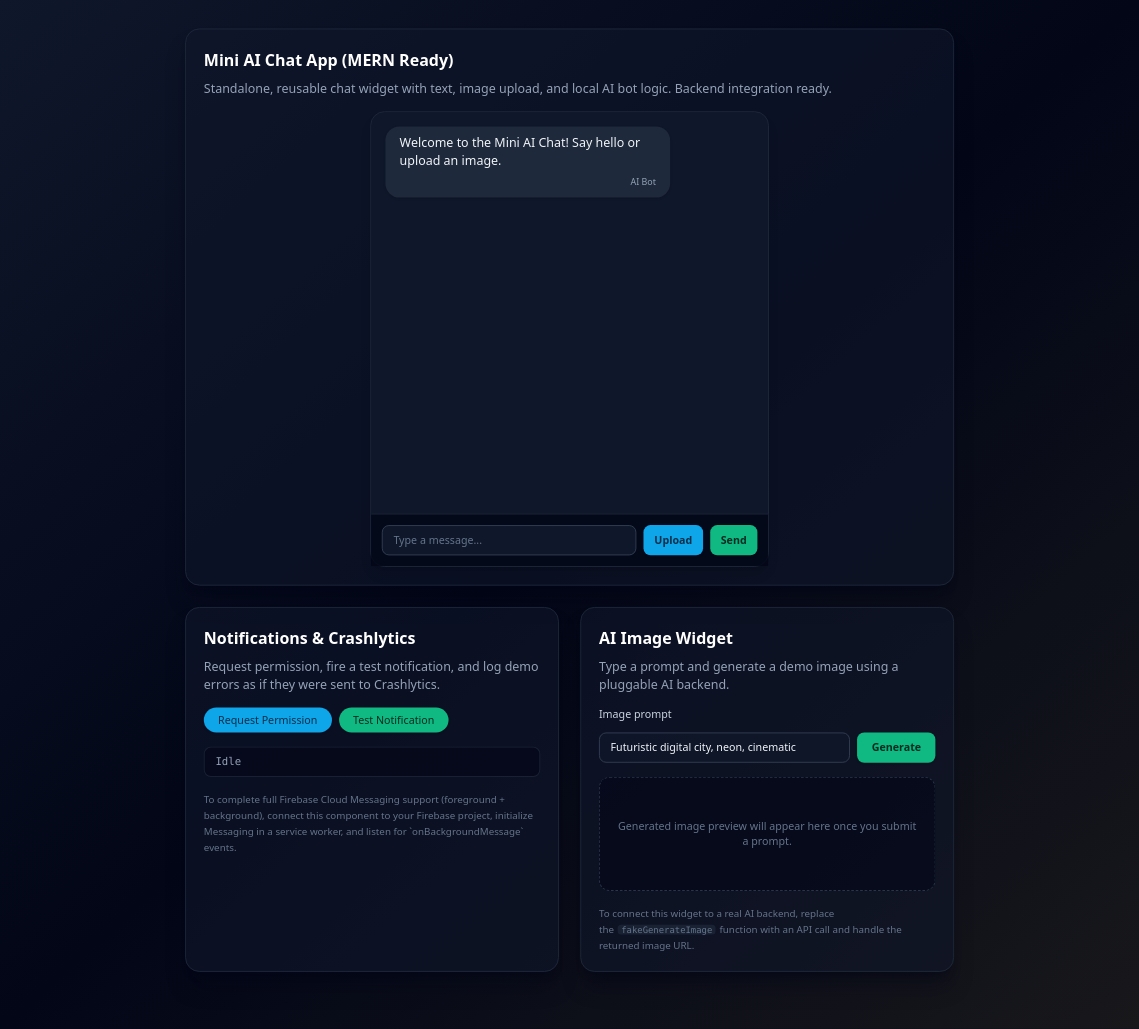
Repository: Akshad03/widget-dashboard
Page: /
These files come from the project's save history. The page is drawn as it stood at one moment and after the next save; the edit follows.
The browser window is 1280 px wide. The pictures show the whole page, at 89% of full size.
The project was rebuilt for these pictures with package versions that can differ from the ones it lists, and the page was loaded fresh each time.

Above is the page before, as saved 2025-12-07 20:08:54.

### src/index.css
@tailwind base;
@tailwind components;
@tailwind utilities;

body {
  @apply bg-slate-950 text-slate-50 antialiased;
}

### src/App.js
import React from 'react';
import './App.css';
import NotificationDemo from './components/NotificationDemo';
import AiImageWidget from './components/AiImageWidget';
import ChatWidget from './components/ChatWidget';

function App() {
  return (
    <div className="min-h-screen flex items-center justify-center bg-gradient-to-br from-slate-900 via-slate-950 to-zinc-900">
      <div className="max-w-4xl w-full px-4 py-8">

        {/* Components will be wired here */}
        <div className="grid md:grid-cols-2 gap-6 mb-8">
                  <div className="bg-slate-900/60 border border-slate-800 rounded-2xl p-5 shadow-xl shadow-slate-950/40 col-span-2">
                    <h2 className="text-lg font-semibold text-white mb-2">Mini AI Chat App (MERN Ready)</h2>
                    <p className="text-sm text-slate-400 mb-4">
                      Standalone, reusable chat widget with text, image upload, and local AI bot logic. Backend integration ready.
                    </p>
                    <ChatWidget />
                  </div>
          <div className="bg-slate-900/60 border border-slate-800 rounded-2xl p-5 shadow-xl shadow-slate-950/40">
            <h2 className="text-lg font-semibold text-white mb-2">Notifications & Crashlytics</h2>
            <p className="text-sm text-slate-400 mb-4">
              Request permission, fire a test notification, and log demo errors
              as if they were sent to Crashlytics.
            </p>
            <NotificationDemo />
          </div>

          <div className="bg-slate-900/60 border border-slate-800 rounded-2xl p-5 shadow-xl shadow-slate-950/40">
            <h2 className="text-lg font-semibold text-white mb-2">AI Image Widget</h2>
            <p className="text-sm text-slate-400 mb-4">
              Type a prompt and generate a demo image using a pluggable
              AI backend.
            </p>
            <AiImageWidget />
          </div>
        </div>
      </div>
    </div>
  );
}

export default App;

### src/serviceWorkerRegistration.js
// This optional code is used to register a service worker.
// register() is not called by default.

// This lets the app load faster on subsequent visits in production, and gives
// it offline capabilities. However, it also means that developers (and users)
// will only see deployed updates on subsequent visits to a page, after all the
// existing tabs open on the page have been closed, since previously cached
// resources are updated in the background.

// To learn more about the benefits of this model and instructions on how to
// opt-in, read https://cra.link/PWA

const isLocalhost = Boolean(
  window.location.hostname === 'localhost' ||
    // [::1] is the IPv6 localhost address.
    window.location.hostname === '[::1]' ||
    // 127.0.0.0/8 are considered localhost for IPv4.
    window.location.hostname.match(/^127(?:\.(?:25[0-5]|2[0-4][0-9]|[01]?[0-9][0-9]?)){3}$/)
);

export function register(config) {
  if (process.env.NODE_ENV === 'production' && 'serviceWorker' in navigator) {
    // The URL constructor is available in all browsers that support SW.
    const publicUrl = new URL(process.env.PUBLIC_URL, window.location.href);
    if (publicUrl.origin !== window.location.origin) {
      // Our service worker won't work if PUBLIC_URL is on a different origin
      // from what our page is served on. This might happen if a CDN is used to
      // serve assets; see https://github.com/facebook/create-react-app/issues/2374
      return;
    }

    window.addEventListener('load', () => {
      const swUrl = `${process.env.PUBLIC_URL}/service-worker.js`;

      if (isLocalhost) {
        // This is running on localhost. Let's check if a service worker still exists or not.
        checkValidServiceWorker(swUrl, config);

        // Add some additional logging to localhost, pointing developers to the
        // service worker/PWA documentation.
        navigator.serviceWorker.ready.then(() => {
          console.log(
            'This web app is being served cache-first by a service ' +
              'worker. To learn more, visit https://cra.link/PWA'
          );
        });
      } else {
        // Is not localhost. Just register service worker
        registerValidSW(swUrl, config);
      }
    });
  }
}

function registerValidSW(swUrl, config) {
  navigator.serviceWorker
    .register(swUrl)
    .then((registration) => {
      registration.onupdatefound = () => {
        const installingWorker = registration.installing;
        if (installingWorker == null) {
          return;
        }
        installingWorker.onstatechange = () => {
          if (installingWorker.state === 'installed') {
            if (navigator.serviceWorker.controller) {
              // At this point, the updated precached content has been fetched,
              // but the previous service worker will still serve the older
              // content until all client tabs are closed.
              console.log(
                'New content is available and will be used when all ' +
                  'tabs for this page are closed. See https://cra.link/PWA.'
              );

              // Execute callback
              if (config && config.onUpdate) {
                config.onUpdate(registration);
              }
            } else {
              // At this point, everything has been precached.
              // It's the perfect time to display a
              // "Content is cached for offline use." message.
              console.log('Content is cached for offline use.');

              // Execute callback
              if (config && config.onSuccess) {
                config.onSuccess(registration);
              }
            }
          }
        };
      };
    })
    .catch((error) => {
      console.error('Error during service worker registration:', error);
    });
}

function checkValidServiceWorker(swUrl, config) {
  // Check if the service worker can be found. If it can't reload the page.
  fetch(swUrl, {
    headers: { 'Service-Worker': 'script' },
  })
    .then((response) => {
      // Ensure service worker exists, and that we really are getting a JS file.
      const contentType = response.headers.get('content-type');
      if (
        response.status === 404 ||
        (contentType != null && contentType.indexOf('javascript') === -1)
      ) {
        // No service worker found. Probably a different app. Reload the page.
        navigator.serviceWorker.ready.then((registration) => {
          registration.unregister().then(() => {
            window.location.reload();
          });
        });
      } else {
        // Service worker found. Proceed as normal.
        registerValidSW(swUrl, config);
      }
    })
    .catch(() => {
      console.log('No internet connection found. App is running in offline mode.');
    });
}

export function unregister() {
  if ('serviceWorker' in navigator) {
    navigator.serviceWorker.ready
      .then((registration) => {
        registration.unregister();
      })
      .catch((error) => {
        console.error(error.message);
      });
  }
}

### src/components/NotificationDemo.js
import React, { useCallback, useEffect, useState } from 'react';
import { logCrashlyticsError } from '../firebaseConfig';

// This demo focuses on the React + UI flow. To turn this into a
// fully working FCM integration, wire it to the Firebase SDK and
// your service worker once you have real credentials.

function hasNotificationSupport() {
  return typeof window !== 'undefined' && 'Notification' in window;
}

const NotificationDemo = () => {
  const [permission, setPermission] = useState(() => {
    if (!hasNotificationSupport()) return 'unsupported';
    return Notification.permission;
  });
  const [status, setStatus] = useState('Idle');

  const requestPermission = useCallback(async () => {
    if (!hasNotificationSupport()) {
      setStatus('Notifications are not supported in this browser.');
      return;
    }

    try {
      setStatus('Requesting notification permission...');
      const result = await Notification.requestPermission();
      setPermission(result);
      setStatus(`Permission status: ${result}`);
    } catch (error) {
      setStatus('Failed to request permission.');
      logCrashlyticsError(error, 'requestPermission');
    }
  }, []);

  const sendTestNotification = useCallback(() => {
    if (!hasNotificationSupport()) {
      setStatus('Notifications are not supported in this browser.');
      return;
    }

    if (permission !== 'granted') {
      setStatus('Permission not granted yet. Please allow notifications first.');
      return;
    }

    try {
      setStatus('Sending test notification...');
      // Foreground demo notification. Background delivery will be handled
      // by a service worker once FCM is fully wired.
      new Notification('DigitalBuzz Test Notification', {
        body: 'This is a demo notification from the React component.',
        icon: '/logo192.png',
      });
      setStatus('Test notification sent. Check your system notification area.');
    } catch (error) {
      setStatus('Failed to send notification.');
      logCrashlyticsError(error, 'sendTestNotification');
    }
  }, [permission]);

  useEffect(() => {
    // Example crash capture for unexpected runtime errors.
    const handleError = (event) => {
      logCrashlyticsError(event.error || event.message, 'window.onerror');
    };

    window.addEventListener('error', handleError);
    return () => window.removeEventListener('error', handleError);
  }, []);

  return (
    <div className="space-y-4">
      <div className="flex flex-wrap gap-2">
        <button
          type="button"
          onClick={requestPermission}
          className="inline-flex items-center rounded-full bg-sky-500 px-4 py-1.5 text-xs font-medium text-sky-950 shadow hover:bg-sky-400 focus-visible:outline-none focus-visible:ring-2 focus-visible:ring-sky-400 focus-visible:ring-offset-2 focus-visible:ring-offset-slate-900 transition-colors"
        >
          Request Permission
        </button>
        <button
          type="button"
          onClick={sendTestNotification}
          className="inline-flex items-center rounded-full bg-emerald-500 px-4 py-1.5 text-xs font-medium text-emerald-950 shadow hover:bg-emerald-400 focus-visible:outline-none focus-visible:ring-2 focus-visible:ring-emerald-400 focus-visible:ring-offset-2 focus-visible:ring-offset-slate-900 transition-colors"
        >
          Test Notification
        </button>
      </div>
      <p className="text-xs font-mono text-slate-400 border border-slate-800/80 rounded-lg px-3 py-2 bg-slate-950/60">
        {status}
      </p>
      <p className="text-[11px] leading-relaxed text-slate-500">
        To complete full Firebase Cloud Messaging support (foreground + background),
        connect this component to your Firebase project, initialize Messaging in
        a service worker, and listen for `onBackgroundMessage` events.
      </p>
    </div>
  );
};

export default NotificationDemo;

### src/components/AiImageWidget.js
import React, { useState } from 'react';

// This widget is API-agnostic so you can plug in any AI image
// provider (OpenAI, Stability, etc.). Replace `fakeGenerateImage` with
// a real API call when you are ready.

async function fakeGenerateImage(prompt) {
  // Simulate latency for demo purposes.
  await new Promise((resolve) => setTimeout(resolve, 1200));

  // Placeholder gradient image using a public pattern from https://picsum.photos
  // Replace this URL with one coming from your real AI backend.
  const encoded = encodeURIComponent(prompt || 'abstract digital art');
  return `https://picsum.photos/seed/${encoded}/512/320`;
}

const AiImageWidget = () => {
  const [prompt, setPrompt] = useState('Futuristic digital city, neon, cinematic');
  const [imageUrl, setImageUrl] = useState(null);
  const [isLoading, setIsLoading] = useState(false);
  const [error, setError] = useState(null);

  const handleGenerate = async (event) => {
    event.preventDefault();
    setError(null);

    if (!prompt.trim()) {
      setError('Please enter a prompt first.');
      return;
    }

    try {
      setIsLoading(true);
      const url = await fakeGenerateImage(prompt.trim());
      setImageUrl(url);
    } catch (err) {
      setError('Failed to generate image. Try again.');
    } finally {
      setIsLoading(false);
    }
  };

  return (
    <div className="space-y-4">
      <form onSubmit={handleGenerate} className="space-y-3">
        <label className="block text-xs font-medium text-slate-300" htmlFor="prompt">
          Image prompt
        </label>
        <div className="flex flex-col sm:flex-row gap-2">
          <input
            id="prompt"
            type="text"
            className="flex-1 rounded-lg border border-slate-700 bg-slate-900/80 px-3 py-2 text-xs text-slate-100 placeholder:text-slate-500 focus:outline-none focus:ring-2 focus:ring-emerald-500/70 focus:border-transparent"
            placeholder="Describe what you want to see..."
            value={prompt}
            onChange={(e) => setPrompt(e.target.value)}
          />
          <button
            type="submit"
            disabled={isLoading}
            className="inline-flex items-center justify-center rounded-lg bg-emerald-500 px-4 py-2 text-xs font-semibold text-emerald-950 shadow hover:bg-emerald-400 disabled:opacity-60 disabled:cursor-not-allowed transition-colors"
          >
            {isLoading ? 'Generating...' : 'Generate'}
          </button>
        </div>
      </form>

      {error && (
        <p className="text-xs text-rose-400">{error}</p>
      )}

      <div className="rounded-xl border border-dashed border-slate-700/80 bg-slate-950/60 flex items-center justify-center min-h-[8rem] overflow-hidden">
        {imageUrl ? (
          <img
            src={imageUrl}
            alt={prompt}
            className="w-full h-full object-cover"
          />
        ) : (
          <p className="text-xs text-slate-500 px-4 text-center">
            Generated image preview will appear here once you submit a prompt.
          </p>
        )}
      </div>

      <p className="text-[11px] leading-relaxed text-slate-500">
        To connect this widget to a real AI backend, replace the
        <code className="mx-1 px-1 rounded bg-slate-800/70 text-[10px]">fakeGenerateImage</code>
        function with an API call and handle the returned image URL.
      </p>
    </div>
  );
};

export default AiImageWidget;

### src/components/ChatWidget.js
import React, { useState, useRef, useEffect } from 'react';

// Simple local AI bot logic
function getBotReply(message) {
  const text = message.toLowerCase();
  if (/hello|hi|hey/.test(text)) return 'Hello! How can I help you today?';
  if (/image|photo|pic/.test(text)) return 'You can upload an image using the button below.';
  if (/bye|goodbye/.test(text)) return 'Goodbye! Have a great day!';
  if (/help|support/.test(text)) return 'I am a simple AI bot. Try saying hello or upload an image!';
  return "I'm not sure how to respond to that, but I'm learning!";
}

const ChatWidget = () => {
  const [messages, setMessages] = useState([
    { sender: 'bot', text: 'Welcome to the Mini AI Chat! Say hello or upload an image.' }
  ]);
  const [input, setInput] = useState('');
  const [image, setImage] = useState(null);
  const [isTyping, setIsTyping] = useState(false);
  const fileInputRef = useRef();
  const chatEndRef = useRef();

  useEffect(() => {
    chatEndRef.current?.scrollIntoView({ behavior: 'smooth' });
  }, [messages]);

  const handleSend = (e) => {
    e.preventDefault();
    if (!input.trim() && !image) return;
    const newMsg = { sender: 'user', text: input, image };
    setMessages((msgs) => [...msgs, newMsg]);
    setInput('');
    setImage(null);
    setIsTyping(true);
    setTimeout(() => {
      setMessages((msgs) => [
        ...msgs,
        { sender: 'bot', text: getBotReply(input) }
      ]);
      setIsTyping(false);
    }, 700);
  };

  const handleImageChange = (e) => {
    const file = e.target.files[0];
    if (file) {
      const reader = new FileReader();
      reader.onload = (ev) => setImage(ev.target.result);
      reader.readAsDataURL(file);
    }
  };

  return (
    <div className="w-full max-w-md mx-auto bg-slate-900 border border-slate-800 rounded-2xl shadow-lg flex flex-col h-[32rem]">
      <div className="flex-1 overflow-y-auto p-4 space-y-3">
        {messages.map((msg, idx) => (
          <div key={idx} className={`flex ${msg.sender === 'user' ? 'justify-end' : 'justify-start'}`}>
            <div className={`max-w-xs px-4 py-2 rounded-2xl text-sm shadow ${msg.sender === 'user' ? 'bg-emerald-500 text-emerald-950' : 'bg-slate-800 text-slate-100'}`}>
              {msg.text && <span>{msg.text}</span>}
              {msg.image && (
                <img src={msg.image} alt="upload" className="mt-2 rounded-lg max-h-32 border border-slate-700" />
              )}
              <div className="text-[10px] text-right text-slate-400 mt-1">{msg.sender === 'user' ? 'You' : 'AI Bot'}</div>
            </div>
          </div>
        ))}
        {isTyping && (
          <div className="flex justify-start">
            <div className="px-4 py-2 rounded-2xl bg-slate-800 text-slate-400 text-sm animate-pulse">AI is typing...</div>
          </div>
        )}
        <div ref={chatEndRef} />
      </div>
      <form onSubmit={handleSend} className="p-3 border-t border-slate-800 flex gap-2 bg-slate-950/80">
        <input
          type="text"
          className="flex-1 rounded-lg border border-slate-700 bg-slate-900 px-3 py-2 text-xs text-slate-100 placeholder:text-slate-500 focus:outline-none focus:ring-2 focus:ring-emerald-500/70 focus:border-transparent"
          placeholder="Type a message..."
          value={input}
          onChange={e => setInput(e.target.value)}
        />
        <input
          type="file"
          accept="image/*"
          ref={fileInputRef}
          onChange={handleImageChange}
          className="hidden"
        />
        <button
          type="button"
          onClick={() => fileInputRef.current.click()}
          className="rounded-lg bg-sky-500 px-3 py-2 text-xs font-semibold text-sky-950 shadow hover:bg-sky-400 transition-colors"
        >
          Upload
        </button>
        <button
          type="submit"
          className="rounded-lg bg-emerald-500 px-3 py-2 text-xs font-semibold text-emerald-950 shadow hover:bg-emerald-400 transition-colors"
        >
          Send
        </button>
      </form>
      {image && (
        <div className="p-2 border-t border-slate-800 bg-slate-950/90 flex items-center gap-2">
          <img src={image} alt="preview" className="h-10 w-10 rounded-lg border border-slate-700" />
          <span className="text-xs text-slate-300">Image ready to send</span>
        </div>
      )}
    </div>
  );
};

export default ChatWidget;

### src/firebaseConfig.js
// Firebase configuration placeholder. Replace with your actual Firebase project settings.
// You can get these from the Firebase console under Project Settings > General > Your apps.

export const firebaseConfig = {
  apiKey: "YOUR_API_KEY",
  authDomain: "YOUR_AUTH_DOMAIN",
  projectId: "YOUR_PROJECT_ID",
  storageBucket: "YOUR_STORAGE_BUCKET",
  messagingSenderId: "YOUR_MESSAGING_SENDER_ID",
  appId: "YOUR_APP_ID",
};

// Small helper to show where Crashlytics logging would go.
export function logCrashlyticsError(error, context) {
  // TODO: Replace this with actual Firebase Crashlytics SDK calls when integrating for real.
  // For now, this keeps the demo self-contained without external keys.
  // Example (once Crashlytics is wired): crashlytics().recordError(error);
  // eslint-disable-next-line no-console
  console.error("[Crashlytics demo]", context || "Unhandled", error);
}

Loaded but not shown: public/index.html (common file); src/index.js (common file); src/reportWebVitals.js (common file); src/App.css (common file); tailwind.config.js (common file)

After the next save:
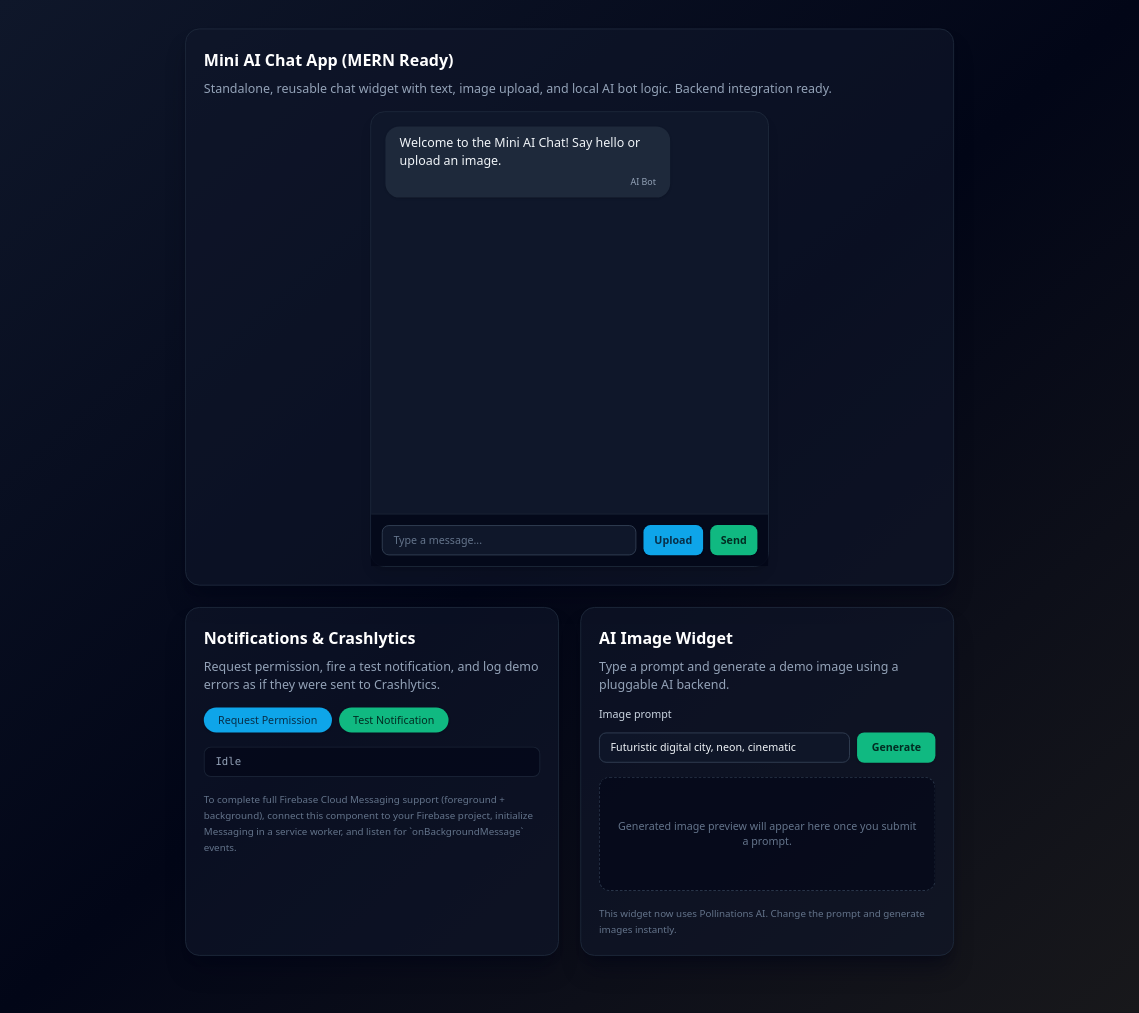
Saved 5 min 22 s later.
--- a/src/components/AiImageWidget.js
+++ b/src/components/AiImageWidget.js
@@ -1,17 +1,9 @@
 import React, { useState } from 'react';
 
-// This widget is API-agnostic so you can plug in any AI image
-// provider (OpenAI, Stability, etc.). Replace `fakeGenerateImage` with
-// a real API call when you are ready.
-
-async function fakeGenerateImage(prompt) {
-  // Simulate latency for demo purposes.
-  await new Promise((resolve) => setTimeout(resolve, 1200));
-
-  // Placeholder gradient image using a public pattern from https://picsum.photos
-  // Replace this URL with one coming from your real AI backend.
-  const encoded = encodeURIComponent(prompt || 'abstract digital art');
-  return `https://picsum.photos/seed/${encoded}/512/320`;
+// Pollinations AI image generator
+async function generateWithPollinations(prompt) {
+  const encodedPrompt = encodeURIComponent(prompt);
+  return `https://image.pollinations.ai/prompt/${encodedPrompt}?width=512&height=320`;
 }
 
 const AiImageWidget = () => {
@@ -31,7 +23,7 @@
 
     try {
       setIsLoading(true);
-      const url = await fakeGenerateImage(prompt.trim());
+      const url = await generateWithPollinations(prompt.trim());
       setImageUrl(url);
     } catch (err) {
       setError('Failed to generate image. Try again.');
@@ -84,9 +76,7 @@
       </div>
 
       <p className="text-[11px] leading-relaxed text-slate-500">
-        To connect this widget to a real AI backend, replace the
-        <code className="mx-1 px-1 rounded bg-slate-800/70 text-[10px]">fakeGenerateImage</code>
-        function with an API call and handle the returned image URL.
+        This widget now uses Pollinations AI. Change the prompt and generate images instantly.
       </p>
     </div>
   );
